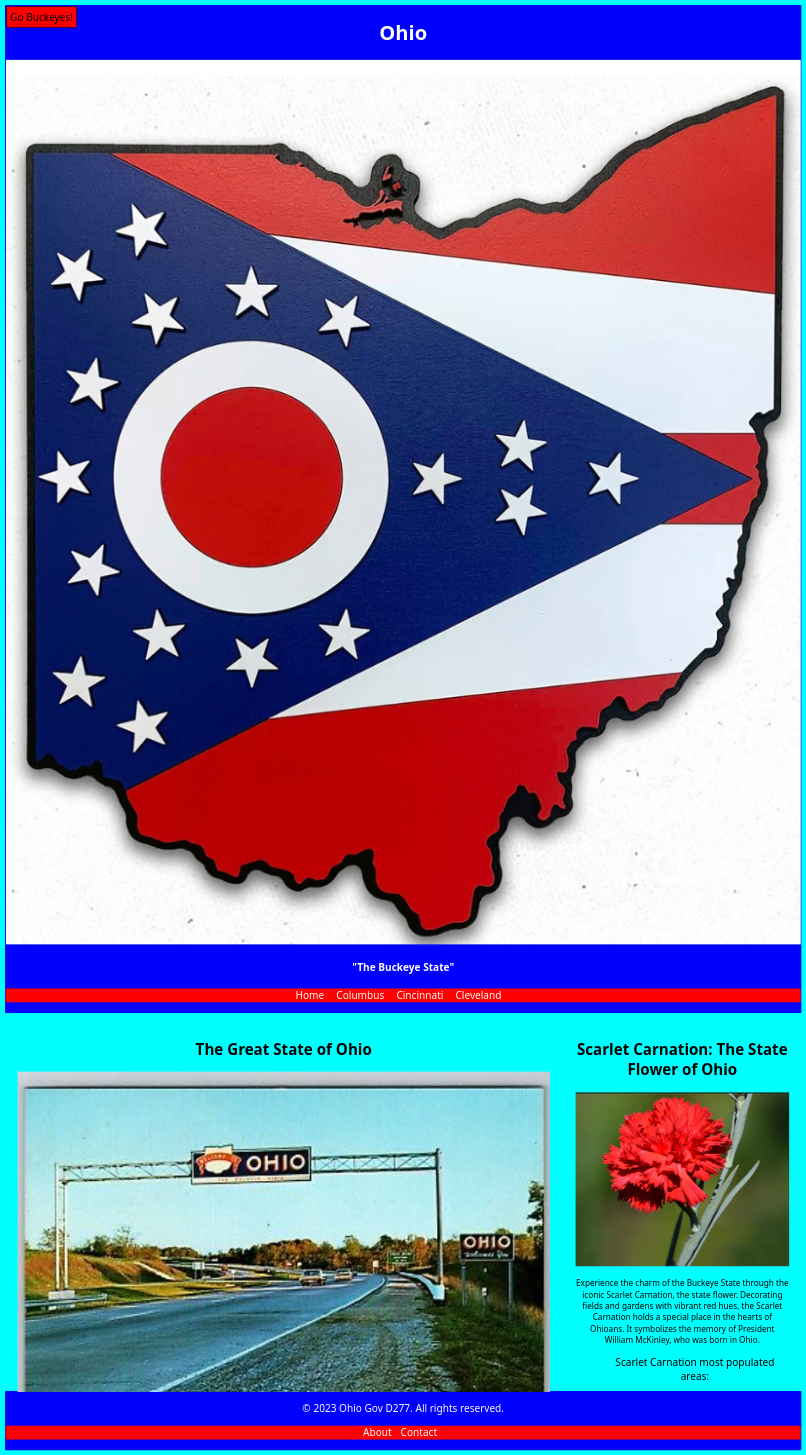
Repository: MikeeBuilds/FEWD-task1
Page: index.html
These files come from the project's save history. The page is drawn as it stood at one moment and after a run of saves; the edit follows.
The browser window is 1280 px wide. The pictures show the whole page, at 63% of full size.
An inner scrolling area shows only its first screen.

Above is the page before, as saved 2024-07-02 17:11:21.
Console error: TypeError: Cannot read properties of null (reading 'addEventListener')

### index.html
<!DOCTYPE html>
<html>

<head>
    <title>Ohio</title>
    <link rel="stylesheet" href="style.css">
    <script src="script.js"></script>
</head>

<body>

    <header>
        <h1>Ohio</h1>
        <img src="images/ohioicon.png" alt="Shape and Symbol of Ohio and its flag merged together.">
        <h4>"The Buckeye State"</h4>
        <nav>
            <ul>
                <li><a href="index.html">Home</a></li>
                <li><a href="columbus.html">Columbus</a></li>
                <li><a href="cincinnati.html">Cincinnati</a></li>
                <li><a href="cleveland.html">Cleveland</a></li>
            </ul>
        </nav>
    </header>

    <section>
        <h2>The Great State of Ohio</h2>
        <img src="images/welcometoohio.jpg" alt="Highway sign saying 'Welcome to Ohio.'">
        <p>
            With a population surpassing 11 million, Ohio stands
            as the seventh-most populous state in the United States.
            Officially incorporated into the Union on March 1, 1803,
            Ohio has a rich history and cultural diversity. The state
            capital, Columbus, is nestled in the central region of Ohio,
            surrounded by a vibrant metropolitan area.
        </p>

        <div class="absolute-note">Go Buckeyes!</div>

        <table id="table">
            <tr>
                <th>City</th>
                <th>Famous Dish</th>
                <th>Landmark</th>
            </tr>
            <tr>
                <td>Columbus</td>
                <td>Columbus-Style Pizza</td>
                <td>Ohio Statehouse</td>
            </tr>
            <tr>
                <td>Cleveland</td>
                <td>Polish Boy</td>
                <td>Rock & Roll Hall of Fame</td>
            </tr>
            <tr>
                <td>Cincinnati</td>
                <td>Cincinnati Chili</td>
                <td>Cincinnati Zoo & Botanical Garden</td>
            </tr>
        </table>

        <p>
            Ohio defies easy classification, exhibiting a dynamic blend of
            urban, suburban, and rural landscapes that contribute to its
            unique character. Boasting a robust economy, Ohio often surpasses
            the national average in terms of income levels, reflecting its
            position as a major economic powerhouse within the United States.
        </p>
    </section>

    <aside>
        <h2>Scarlet Carnation: The State Flower of Ohio</h2>
        <img src="images/scarletcarnation.png" alt="Photo of the Ohio Scarlet Carnation flower">
        <p class="asideparagraph">
            Experience the charm of the Buckeye State through the iconic
            Scarlet Carnation, the state flower. Decorating fields and gardens
            with vibrant red hues, the Scarlet Carnation holds a special
            place in the hearts of Ohioans. It symbolizes the memory of President
            William McKinley, who was born in Ohio.
        </p>

        <ol>
            <p>Scarlet Carnation most populated areas:</p>
            <li>Columbus</li>
            <li>Wooster</li>
            <li>Cleveland</li>
        </ol>

        <p class="asideparagraph">
            Embraced as a symbol of natural beauty and a nod to the state's
            historical significance, the Scarlet Carnation is a floral emblem that
            transcends regional boundaries, inviting all to appreciate the
            enchanting and colorful essence of the Ohio landscape.
        </p>
    </aside>

    <footer>
        <p>&copy; 2023 Ohio Gov D277. All rights reserved.</p>

        <nav>
            <ul>
                <li><a href="about.html">About</a></li>
                <li><a href="contact.html">Contact</a></li>
            </ul>
        </nav>
    </footer>

</body>
</html>

### style.css
body {
    background-color: aqua;
    font-family:system-ui, -apple-system, BlinkMacSystemFont, 'Segoe UI', Roboto, Oxygen, Ubuntu, Cantarell, 'Open Sans', 'Helvetica Neue', sans-serif;
}

header {
    clear: both;
    background-color: blue;
    color: white;
    padding: 1px;
    text-align: center;
}

nav {
    background-color: red;
    color: white;
}

nav ul {
    list-style: none;
    padding: 0;
}

nav ul li {
    display: inline-block;
    margin-right: 15px;
}

nav ul li a {
    text-decoration: none;
    color: white;
}

nav ul li a:hover {
    color: red;
    background-color: blue;
}

section {
    width: 70%;
    float: left;
    padding: 20px;
    box-sizing: border-box;
    text-align: center;
    height:600px;
    overflow-y: auto;
}


aside {
    width: 30%;
    float: left;
    padding: 20px;
    box-sizing: border-box;
    text-align: center;
    height: 600px;
    overflow-y: auto;
}

footer {
    clear: both;
    background-color: blue;
    color: white;
    padding: 1px;
    text-align: center;
}

footer nav ul {
    list-style: none;
}

footer nav ul li {
    display: inline-block;
    margin-right: 10px;
}

footer nav ul li a {
    text-decoration: none;
    color: white;
}

#table {
    position:relative;
    top: 20px;
    margin: 0px auto;
}

.asideparagraph {
   font-size: small;
}

.absolute-note {
    position: absolute;
    top: 10px;
    left: 10px;
    background-color: red;
    padding: 5px;
    border: 1px solid black;
}

main {
    width: 70%;
    margin: 0 auto;
    text-align: center;
}

form label {
    display: block;
    margin-top: 10px;
}
form input, form textarea {
    display: block;
    width: 100%;
    padding: 8px;
    margin-top: 5px;
}
form input[type="submit"] {
    width: auto;
    margin-top: 20px;
}

img {
    width: 100%;
    height: auto;
}

### script.js
document.addEventListener('DOMContentLoaded', function () {
    var email = document.getElementById('email');
    var confirmEmail = document.getElementById('confirmEmail');

    function checkEmailMatch() {

        if (email.value !== confirmEmail.value) {
            confirmEmail.setCustomValidity('Email addresses must match.');


            confirmEmail.style.borderColor = 'red';


            alert('Email addresses do not match. Please enter matching email addresses.');
        } else {
            confirmEmail.setCustomValidity('');


            confirmEmail.style.borderColor = 'green';


            alert('Email addresses match. Verification successful.');


        }
    }

    email.addEventListener('change', checkEmailMatch);
    confirmEmail.addEventListener('change', checkEmailMatch);
});

After the next 3 saves:
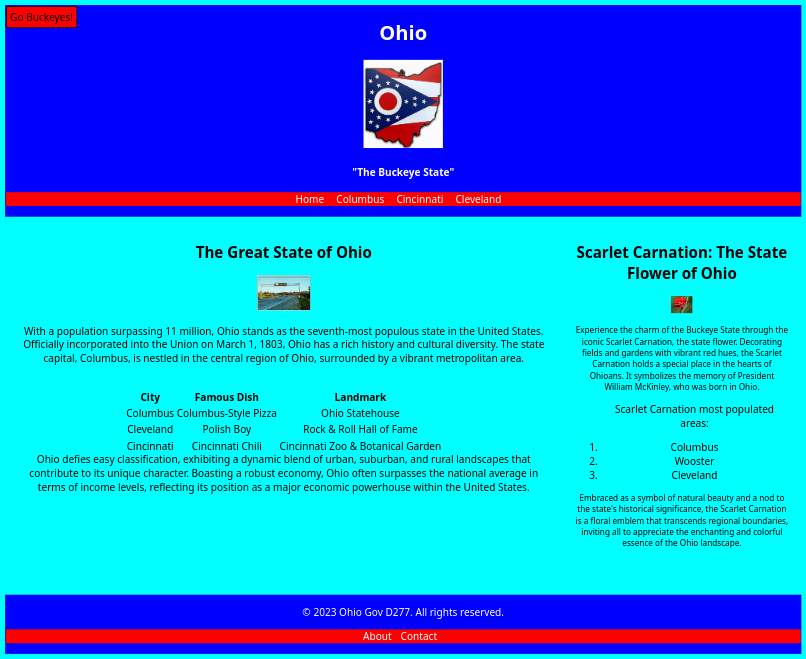
The 3 saves are shown as one change because they came seconds apart.
The last was saved 11 s later.
--- a/style.css
+++ b/style.css
@@ -120,6 +120,6 @@ form input[type="submit"] {
 }
 
 img {
-    width: 100%;
+    width: 10%;
     height: auto;
 }
